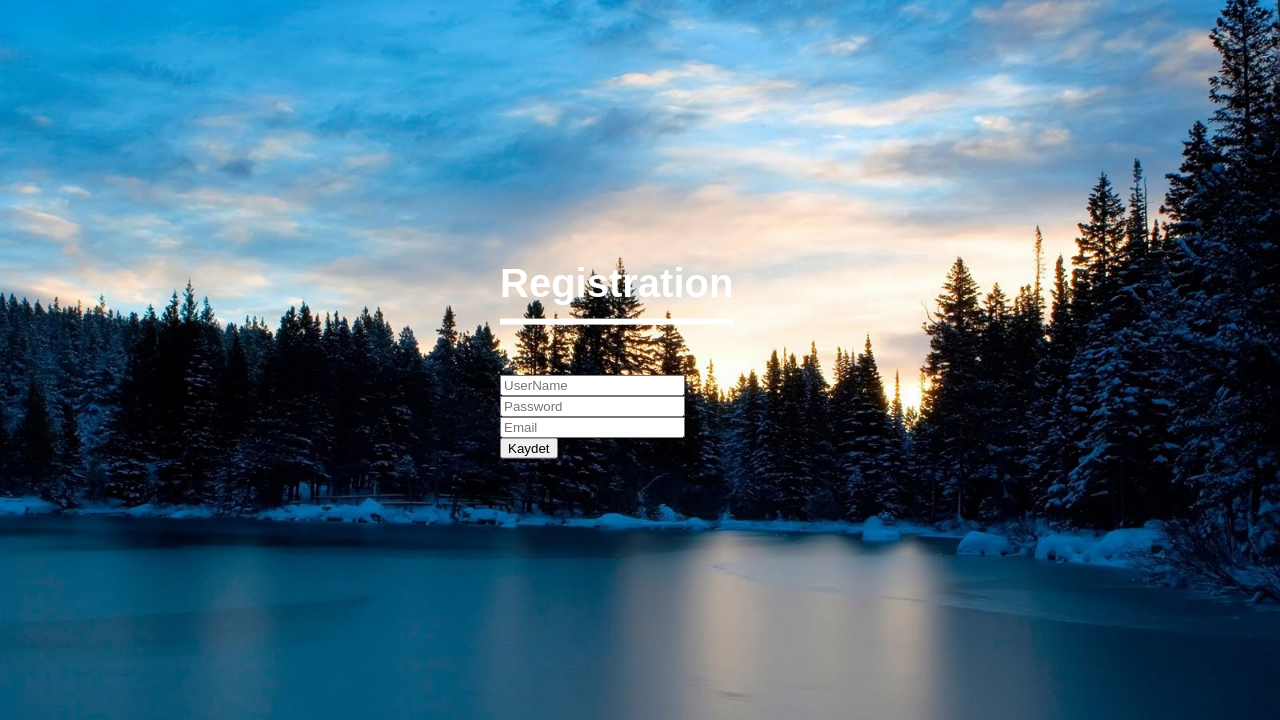
Repository: Berilinanir/Login-Logout-System
Page: Loginn/WebContent/registration.html
The author's editor kept a copy of each file at every save. The page is drawn from the files as they stood at one save, then again after the next save.
The browser window is 1280 px wide. The pictures show the whole page.

Above is the page before, as saved 2018-10-13 09:09:04.

After the next save:
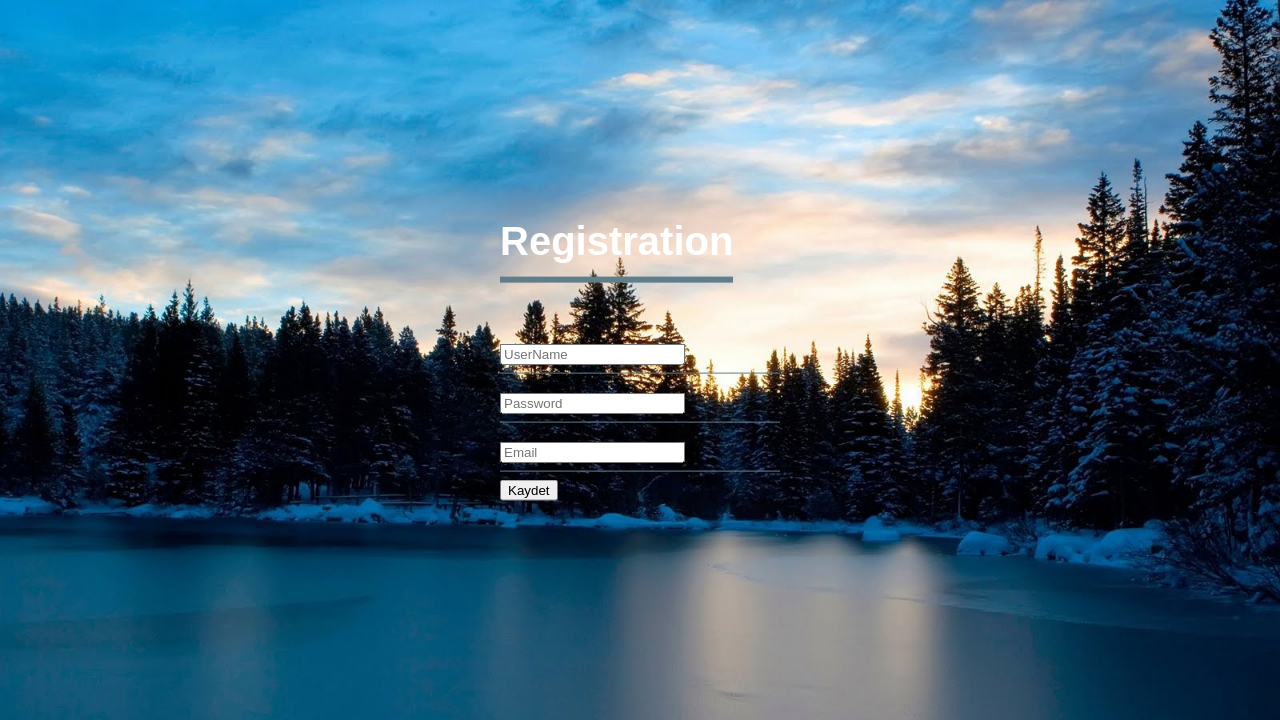
Saved 32 min 24 s later.
--- a/Loginn/WebContent/style.css
+++ b/Loginn/WebContent/style.css
@@ -27,12 +27,18 @@ body{
 
 	float:left;
 	font-size:40px;
-	border-bottom:6px solid;
+	border-bottom:6px solid #607d8b;
 	margin-bottom:50px;
 	padding:13px 0
 
+}
 
+.textbox{
 
-
-
+	width:100%;
+	overflow:hidden;
+	font-size:20px;
+	padding:8px 0;
+	margin:8px 0;
+	border-bottom:1px solid #607d8b;
 }
